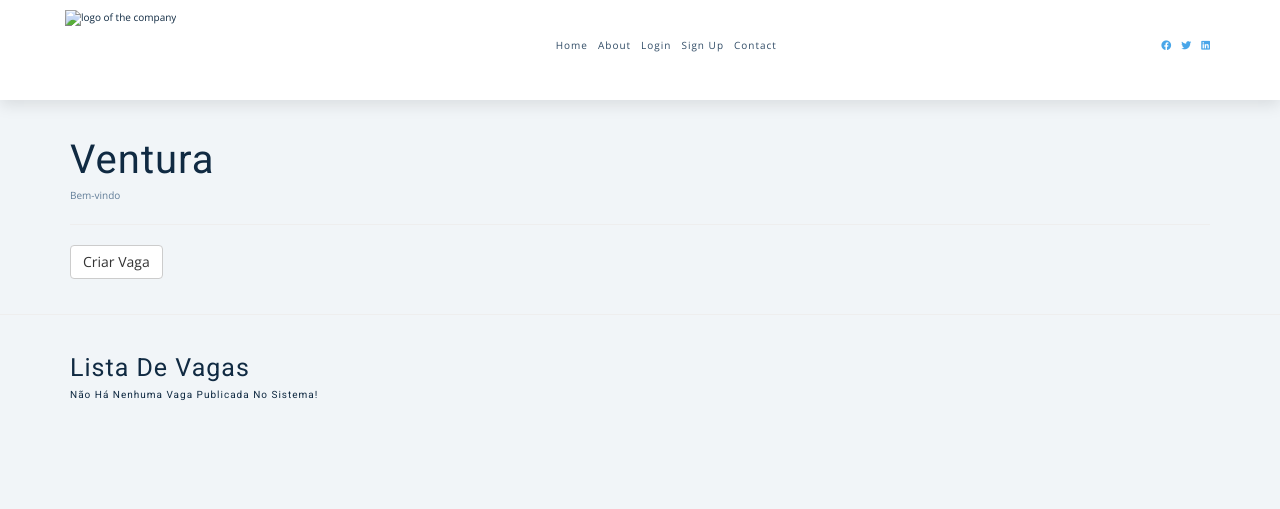
Repository: nmparfait/HumanResources-Ventura
Page: http://localhost/venturaWeb/WEB-INF/jsp/empresa/home.jsp
An editor plug-in stored every save of this project. The page is shown before and after the next save, followed by the edit.
The browser window is 1280 px wide. The pictures show the whole page.
Some web libraries are served in a nearby version. The page is served by Tomcat 9. Nobody is signed in. The template is opened directly, without the code that normally fills it, so the values that code supplies are empty.

Above is the page before, as saved 2021-09-27 09:47:54.
Not found: venturaWeb/venturaWeb/WEB-INF/jsp/empresa/img/logo-ventura.png

After the next save:
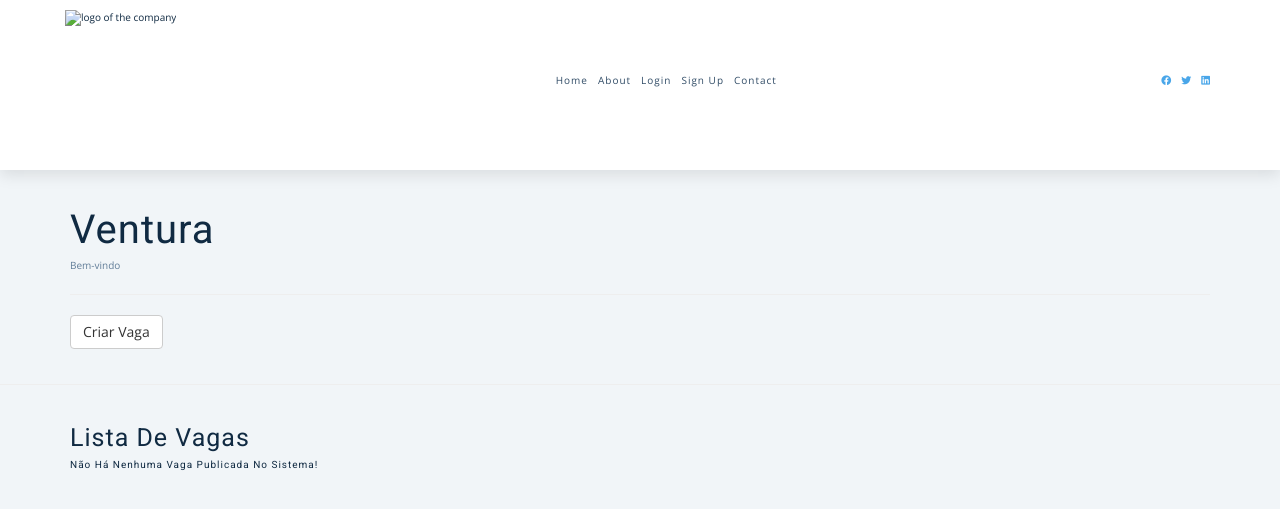
Saved 118 s later.
--- a/venturaWeb/src/main/webapp/css/styles.css
+++ b/venturaWeb/src/main/webapp/css/styles.css
@@ -194,7 +194,7 @@ nav {
   transform: rotate(90deg);
 }
 .logo {
-  height: 80px;
+  height: 150px;
 }
 .links a {
   color: var(--clr-grey-3);
